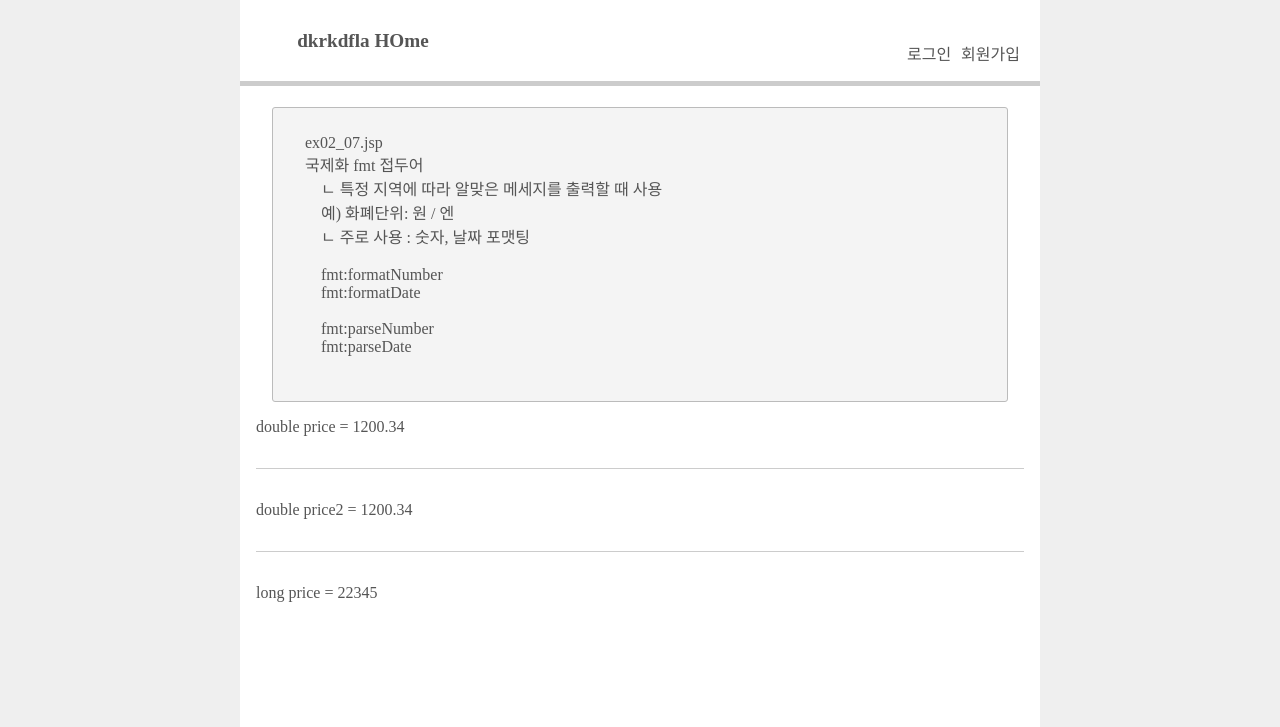
Repository: Dusajang/JSPClass
Page: http://localhost/jspPro/days08/ex02_07.jsp
An editor plug-in stored every save of this project. The page is shown before and after the next save, followed by the edit.
The browser window is 1280 px wide. The pictures show the whole page.
Some web fonts or font styles are not loaded; a fallback is used. The page is served by Tomcat 9.

Above is the page before, as saved 2024-10-24 06:18:19.

After the next save:
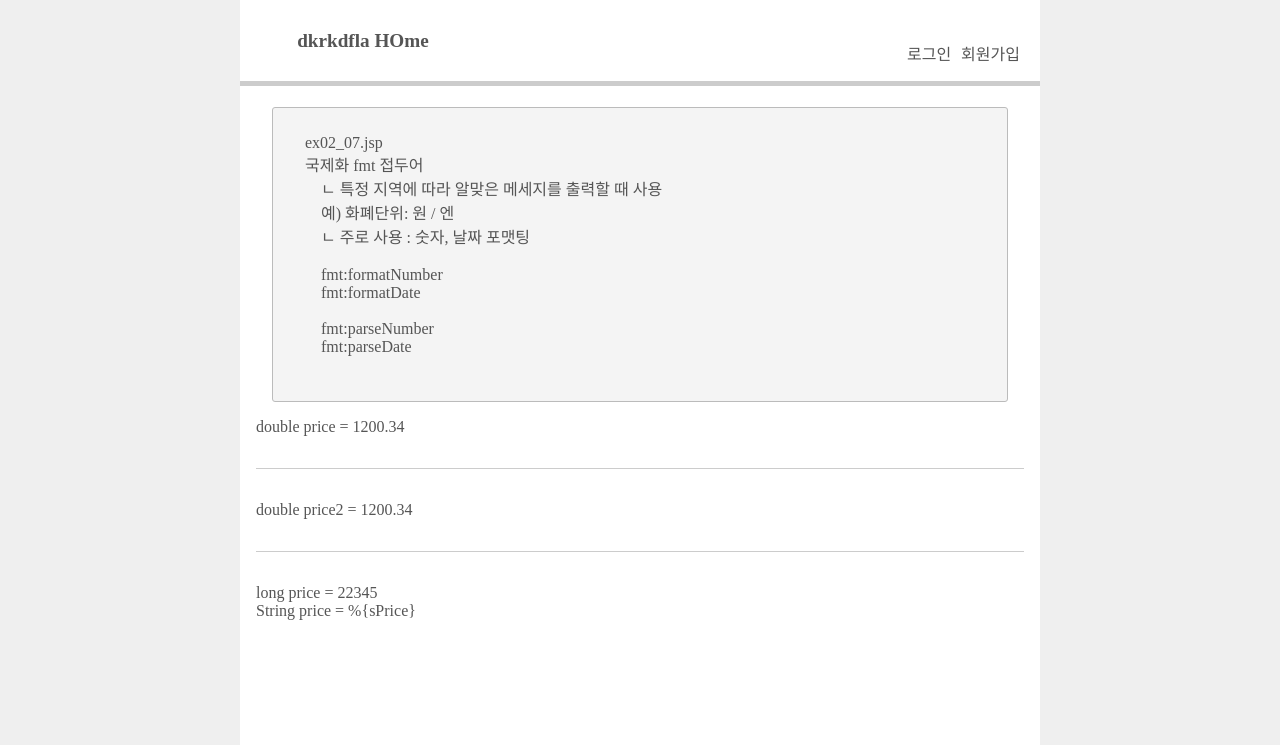
Saved 2 min 35 s later.
--- a/jspPro/src/main/webapp/days08/ex02_07.jsp
+++ b/jspPro/src/main/webapp/days08/ex02_07.jsp
@@ -62,7 +62,10 @@
     // 22,345.00
    %>
    <c:set value="<%= price %>" var="lprice"></c:set>
-   long price = ${lprice }<br>
+   long price = ${ lprice }<br>
+
+   <fmt:formatNumber value="${ lprice }" var="sPrice" type="number" pattern="##,###.00"/>
+   String price = %{sPrice}<br>
 
 
 
